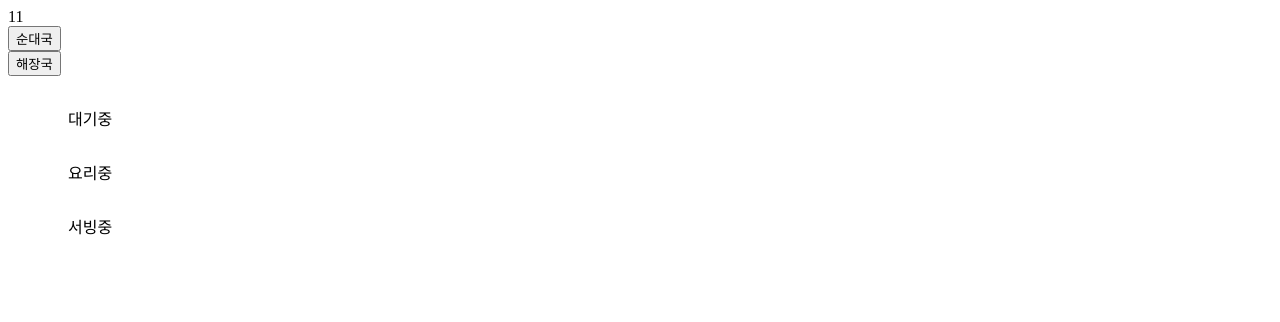
Repository: IT-magician/Restaurant-Simulation
Page: index.html
An editor plug-in stored every save of this project. The page is shown before and after the next save, followed by the edit.
The browser window is 1280 px wide. The pictures show the whole page.

Above is the page before, as saved 2023-11-14 23:01:06.
Console error: TypeError: this.update is not a function

### index.html
<!DOCTYPE html>
<html lang="ko-kr">
  <head>
    <meta charset="UTF-8" />
    <meta name="viewport" content="width=device-width, initial-scale=1.0" />
    <title>Document</title>
  </head>
  <body>
    <div class="kiosk">
      <div class="banner">
        <div class="ad-display"></div>
        <div class="progress-display"></div>
      </div>
      <div class="order">
        <div class="food">
          <div class="aa">11</div>
          <input type="button" value="순대국" />
        </div>
        <div class="food"><input type="button" value="해장국" /></div>
      </div>
    </div>
    <div class="order-display" style="margin: 30px">
      <div class="item" style="margin: 30px">
        <div class="title">대기중</div>
        <div id="waiting"></div>
      </div>
      <div class="item" style="margin: 30px">
        <div class="title">요리중</div>
        <div id="cooking"></div>
      </div>
      <div class="item" style="margin: 30px">
        <div class="title">서빙중</div>
        <div id="serving"></div>
      </div>
    </div>

    <!-- <script type="module" src="./js/food.js"></script>
    <script type="module" src="./js/machinesOfManaingeStore.js"></script>
    <script type="module" src="./js/staff.js"></script> -->
    <script src="./js/main.js" type="module"></script>
  </body>
</html>

### js/main.js
import {
  GeneralModelOfOrderManager,
  Kiosk,
} from "./MachinesOfManaingeStore.js";
import { Cooker, Waiter } from "./staff.js";
import { sundaeSoop } from "./food.js";

function displayDrawerFunc(orderInfoList, name = null) {
  console.log("------------------");
  console.log("displayDrawerFunc 함수 : ", name, orderInfoList);
  console.log("------------------");
  let orderWaitingTrHTML = "";
  let orderCookingTrHTML = "";
  let orderServingTrHTML = "";

  // orderInfoList.forEach((orderInfo) => {
  //   const tr = `<div class="order-display-item" style="display: flex;justify-content: space-evenly;">
  //                   <div>${orderInfo.food.getFoodName()}</div>
  //                   <div>${orderInfo.orderNumber}</div>
  //                   <div>${orderInfo.statusName}</div>
  //               </div>`;

  //   switch (orderInfo.statusName) {
  //     case "대기중":
  //       console.log("대기중인 주문 : ", orderInfo);
  //       orderWaitingTrHTML += tr;
  //       cnt++;
  //       break;
  //     case "요리중":
  //       orderCookingTrHTML += tr;
  //       break;
  //     case "서빙중":
  //       orderServingTrHTML += tr;
  //       break;
  //   }
  //   cnt++;
  // });

  const len = orderInfoList.length;
  for (let i = 0; i < len; i++) {
    const orderInfo = orderInfoList[i];

    const tr = `<div class="order-display-item" style="display: flex;justify-content: space-evenly;">
                    <div>${orderInfo.food.getFoodName()}</div>
                    <div>${orderInfo.orderNumber}</div>
                    <div>${orderInfo.statusName}</div>
                </div>`;

    switch (orderInfo.statusName) {
      case "대기중":
        console.log("대기중인 주문 : ", orderInfo);
        orderWaitingTrHTML += tr;
        break;
      case "요리중":
        orderCookingTrHTML += tr;
        break;
      case "서빙중":
        orderServingTrHTML += tr;
        break;
    }
  }

  document.querySelector(".order-display > .item #waiting").innerHTML =
    orderWaitingTrHTML;
  document.querySelector(".order-display > .item #cooking").innerHTML =
    orderCookingTrHTML;
  document.querySelector(".order-display > .item #serving").innerHTML =
    orderServingTrHTML;

  // console.log(
  //   "\n__________________________\norderWaitingTrHTML",
  //   orderWaitingTrHTML,
  //   "\n__________________________\norderCookingTrHTML",
  //   orderCookingTrHTML,
  //   "\n__________________________\norderServingTrHTML",
  //   orderServingTrHTML
  // );
  // console.log(" ");
  // console.log(" ");
}

const cookers = [new Cooker(), new Cooker()];
const waiters = [new Waiter(1000), new Waiter(2000)];
const orderManager = new GeneralModelOfOrderManager(
  cookers,
  waiters,
  displayDrawerFunc
);
const kiosk = new Kiosk(orderManager);

const kioskElement = document.querySelector(".kiosk");
const orderListBtns = kioskElement.querySelector(".order");

// orderListBtns.addEventListener("click", (e) => {
//   const element = e.target.parentNode.querySelector("input[type=button]");
//   const orderFoodName = element.value;

//   switch (orderFoodName) {
//     case "순대국":
//       kiosk.orderSundaeSoop();
//       break;
//     case "해장국":
//       kiosk.orderSoopForHangingOver();
//       break;
//   }
// });

window.addEventListener("load", async () => {
  kiosk.orderSundaeSoop();
  kiosk.orderSundaeSoop();
  kiosk.orderSundaeSoop();
  // orderManager.append(food2);
});

// kiosk.orderSundaeSoop();
// kiosk.orderSundaeSoop();
// kiosk.orderSundaeSoop();
// kiosk.orderSundaeSoop();
// kiosk.orderSundaeSoop();

### js/MachinesOfManaingeStore.js
import { Food, sundaeSoop, SoopForHangingOver } from "./food.js";

/**
 * OrderManger는 1:1, 1:N 모두가 될 수 있음. 1:1은 자기자신, 1:N인 경우는 메인-워커쓰레드처럼 자기 자신이 로드밸런서 역할을 하는 것으로 설계했음.
 */
class OrderManager {
  #orderList = [];
  #waitingCookers = [];
  #displayDrawerFunc;
  #waitingWaiters = [];

  testCount = 0;

  #uuid = 1;

  constructor(waitingCookers, waitingWaiters, displayDrawerFunc) {
    if (waitingCookers.length == 0 || waitingWaiters.length == 0)
      throw new Error("각각의 요리사나 웨이터는 한명 이상이어야합니다.");

    this.#waitingCookers = waitingCookers;
    this.#waitingWaiters = waitingWaiters;
    this.#displayDrawerFunc = displayDrawerFunc;
  }

  /**
   *
   * @param {int} orderUniqueNumber
   */
  /*virtual */ pop(orderUniqueNumber) {
    let removedItemIdx = this.#orderList.findIndex(
      (item) => item.orderNumber === orderUniqueNumber
    );

    if (removedItemIdx === -1) return null;

    let removedItem = this.#orderList[removedItemIdx];

    this.#orderList = this.#orderList.filter(
      (item) => item.orderNumber !== orderUniqueNumber
    );

    return removedItem;
  }

  /**
   *
   * @param {Food} food
   * @returns 주문번호
   */
  // /*virtual */ append(food) {
  //   let uuid = this.#generateUUID();

  //   let orderInfo = {
  //     food,
  //     orderNumber: uuid,
  //     statusName: null,
  //   };
  //   this.update(uuid, orderInfo, "대기중");
  //   // console.log(this.testCount);
  //   // this.testCount = 0;
  //   return;
  //   const waitingCooker = async function (staff) {
  //     let result = null;
  //     const maxWatchTime = 1000 * 3600; // 1hour
  //     let watchTime = 0;
  //     let interval = 100;

  //     await new Promise((resolve, reject) => {
  //       const checker = window.setInterval(() => {
  //         watchTime += interval;
  //         if (interval >= maxWatchTime) clearInterval(checker);

  //         if (staff.length > 0) {
  //           clearInterval(checker);
  //           resolve(staff.shift());
  //         }
  //       }, interval);
  //     }).then((_staff) => {
  //       result = _staff;
  //     });

  //     return result;
  //   };

  //   new Promise(async (resolve, reject) => {
  //     let cooker = await waitingCooker(this.#waitingCookers);

  //     cooker.setProgressWaitingTime(
  //       cooker.getProgressLevel("요리중"),
  //       food.getRequiredCookTime()
  //     );

  //     if (cooker.getCurrentProgressLevel() > 0) cooker.resetProgress();

  //     // /// 데이터 변경 + Dom트리에 요리중으로 수정
  //     // await this.update(uuid, "요리중");

  //     // // 요리사 queue에서 꺼내와서 일시켜 + 동기화 진행
  //     // for (
  //     //   let progressLevel = 1;
  //     //   progressLevel <= cooker.getMaxProgressLevel();
  //     //   progressLevel++
  //     // ) {
  //     //   await cooker.doCurrentProgress();
  //     // }

  //     // /// 데이터 변경 + Dom트리에 요리중으로 수정
  //     // this.update(uuid, "대기중");

  //     // // 일끝났으면 다시 queue에 집어넣어
  //     // this.#waitingCookers.push(cooker);

  //     // resolve();
  //   }).then(async () => {
  //     let waiter = await waitingCooker(this.#waitingWaiters);

  //     if (waiter.getCurrentProgressLevel() > 0) waiter.resetProgress();

  //     /// 데이터 변경 + Dom트리에 요리중으로 수정
  //     this.update(uuid, "서빙중");

  //     for (
  //       let progressLevel = 1;
  //       progressLevel <= waiter.getMaxProgressLevel();
  //       progressLevel++
  //     ) {
  //       await waiter.doCurrentProgress();
  //     }

  //     // 일끝났으면 다시 queue에 집어넣어
  //     this.#waitingWaiters.push(waiter);

  //     this.pop(uuid);
  //     this.update(uuid, "서빙완료");
  //   });

  //   return uuid;
  // }

  #search(orderNumber) {
    let idx = 0;
    for (let orderInfo of this.#orderList) {
      if (orderInfo.orderNumber === orderNumber) {
        return idx;
      }
      idx++;
    }

    return -1;
  }

  #update(orderNumber, statusName) {
    console.log(
      `update 함수 = 수정후 (인자값 : ${orderNumber}, ${statusName}) : `,
      this.#orderList,
      this.#orderList.length + "개 ",
      orderNumber,
      statusName
    );

    if (statusName === "요리중") alert(statusName);

    let idx = this.#search(orderNumber);
    if (idx > -1) {
      this.#orderList[idx].statusName = statusName;
      console.log(`수정한 아이템 결과 : `, this.#orderList[idx]);
    }

    console.log(
      `update 함수 = 수정후 (인자값 : ${orderNumber}, ${statusName}) : `,
      this.#orderList,
      this.#orderList.length + "개 ",
      orderNumber,
      statusName
    );

    this.#displayDrawerFunc(this.#orderList, statusName);
  }

  append(food) {
    // let uuid = this.#generateUUID();
    let uuid = this.#generateUUID();

    this.#orderList.push({
      food,
      orderNumber: uuid,
      statusName: null,
    });
    // this.#update(uuid, "대기중");

    const waitingCookerArrival = async function (staff) {
      let result = null;
      const maxWatchTime = 1000 * 3600; // 1hour
      let watchTime = 0;
      let interval = 100;

      await new Promise((resolve, reject) => {
        const checker = window.setInterval(() => {
          watchTime += interval;
          if (interval >= maxWatchTime) clearInterval(checker);

          if (staff.length > 0) {
            clearInterval(checker);
            resolve(staff.shift());
          }
        }, interval);
      }).then((_staff) => {
        result = _staff;
      });

      return result;
    };

    new Promise(async (resolve, reject) => {
      let cooker = await waitingCookerArrival(this.#waitingCookers);

      cooker.setProgressWaitingTime(
        cooker.getProgressLevel("요리중"),
        food.getRequiredCookTime()
      );

      if (cooker.getCurrentProgressLevel() > 0) {
        cooker.resetProgress();
      }

      /// 데이터 변경 + Dom트리에 요리중으로 수정
      this.update(1, "요리중");

      // // 요리사 queue에서 꺼내와서 일시켜 + 동기화 진행
      // for (
      //   let progressLevel = 1;
      //   progressLevel <= cooker.getMaxProgressLevel();
      //   progressLevel++
      // ) {
      //   await cooker.doCurrentProgress();
      // }

      // /// 데이터 변경 + Dom트리에 요리중으로 수정
      // this.update(uuid, "대기중");

      // // 일끝났으면 다시 queue에 집어넣어
      // this.#waitingCookers.push(cooker);

      // resolve();
    });
  }

  /**
   *
   * @param {int} orderUniqueNumber
   * @param {string} statusName
   */
  setProgressStatus(orderUniqueNumber, statusName) {
    this.#orderList.find(
      (item) => item.orderNumber === orderUniqueNumber
    ).statusName = statusName;
  }
  /*virtual*/
  #generateUUID() {
    return this.#uuid++;
  }
}

class GeneralModelOfOrderManager extends OrderManager {}
class MainThreadOfOrderManagerModel extends OrderManager {} // cooming soon!
class WorkerThreadOfOrderManagerModel extends OrderManager {} // cooming soon!

class Kiosk {
  #orderManager;

  /**
   *
   * @param {OrderManager} orderManager
   */
  constructor(orderManager) {
    this.#orderManager = orderManager;
  }

  orderSundaeSoop() {
    const food = new sundaeSoop();
    return this.#order(food);
  }

  orderSoopForHangingOver() {
    return this.#order(new SoopForHangingOver());
  }

  /**
   *
   * @param {Food} food
   * @returns
   */
  #order(food) {
    this.#orderManager.append(food);
  }

  /**
   *
   * @param {int} orderUniqueNumber
   * @returns
   */
  cancel(orderUniqueNumber) {
    return this.#orderManager.pop(orderUniqueNumber);
  }
}

export { GeneralModelOfOrderManager, Kiosk };

### js/staff.js
class Staff {
  #progress_status_idx = 0;
  #progress_status_names = ["대기"];
  #progress_status_waiting_times = [0];
  #current_progress_left_time = 0;
  #check_progress_status_interval = 1000;

  /**
   *
   * @param {object - '작업이름':'걸리는 시간'} progress_status_info
   */
  constructor(progress_status_info) {
    if (
      progress_status_info instanceof Object === false ||
      progress_status_info.length < 1
    )
      throw new Error(
        "Invalid Argument - the progress status names's type must be object (key-value array) type and the length is more than zero."
      );

    const progressCount = progress_status_info.length;

    this.#progress_status_names = Array(progressCount);
    this.#progress_status_waiting_times = Array(progressCount);

    let i = 0;
    for (const [progress_name, progress_waiting_time] of Object.entries(
      progress_status_info
    )) {
      this.#progress_status_names[i] = progress_name;
      this.#progress_status_waiting_times[i] = progress_waiting_time;
      i++;
    }
  }

  resetProgress() {
    this.#progress_status_idx = 0;
  }

  jumpCurrentProgress() {
    return (this.#progress_status_idx =
      ++this.#progress_status_idx % this.#progress_status_names.length);
  }

  /**
   *
   * @returns {Promise|int} promise 객체나, (완료시) 작업했던 단계를 반환한다.
   */
  async doCurrentProgress() {
    return await new Promise((resolve, reject) => {
      setTimeout(() => {
        // if (progressLevel === 1) reject("대기상태에서는 아무 작업도 하지 않습니다.")
        this.jumpCurrentProgress();
        resolve(this.getCurrentProgressLevel());
      }, this.#progress_status_waiting_times[this.#progress_status_idx]);
    });

    const progressStatusInterval = getCheckProgressStatusInterval();
    const countDown = function () {
      const leftWaitingTime = Math.max(
        0,
        getCurrentProgressWaitingTime() - progressStatusInterval
      );
      setCurrentProgressWaitingTime(leftWaitingTime);

      return leftWaitingTime;
    };

    return new Promise((resolve, reject) => {
      setTimeout(() => {
        // if (progressLevel === 1) reject("대기상태에서는 아무 작업도 하지 않습니다.")

        const leftWaitingTime = countDown();

        resolve([leftWaitingTime, progressLevel]);
      }, progressStatusInterval);
    });
  }

  getMaxProgressLevel() {
    return this.#progress_status_names.length;
  }

  /**
   *
   * @param {int} progress_level : 찾고자하는 이름의 작업단계를 전달한다.
   * @returns {string} : 전달받은 작업단계의 작업이름을 반환한다.
   */
  getProgressName(progress_level) {
    return this.#progress_status_names[progress_level];
  }

  getProgressLevel(progress_name) {
    return (
      this.#progress_status_names.findIndex((item) => item === progress_name) +
      1
    );
  }
  /**
   *
   * @returns {string}
   */
  getCurrentProgressName() {
    return this.#progress_status_names[this.#progress_status_idx];
  }

  /**
   *
   * @returns {int}
   */
  getCurrentProgressLevel() {
    return this.#progress_status_idx + 1;
  }

  setProgressWaitingTime(progress_level, waiting_time) {
    if (
      progress_level < 1 ||
      progress_level > this.#progress_status_names.length
    )
      throw new Error("OutBoundError : Out Of Progress Level Range.");

    //
    // if (waiting_time < 0)
    //     throw new Error("the waiting time must be from 0 to infinite.");

    this.#progress_status_waiting_times[progress_level - 1] = waiting_time;
  }

  getCheckProgressStatusInterval() {
    return this.#check_progress_status_interval;
  }

  setCheckProgressStatusInterval(milliseconds) {
    this.#check_progress_status_interval = milliseconds;
  }

  //   getCurrentProgressWaitingTime() {
  //     return this.#current_progress_left_time;
  //   }

  #setCurrentProgressWaitingTime(left_time) {
    this.#current_progress_left_time = left_time;
  }
}

class Cooker extends Staff {
  constructor() {
    super({
      대기중: 0 * 1000,
      요리중: -1,
    });
  }
}

class Waiter extends Staff {
  constructor(serving_work_time) {
    super({
      대기중: 0 * 1000,
      서빙: serving_work_time,
    });
  }
}

export { Cooker, Waiter };

### js/food.js
class Food {
  #name;
  #cookTime;
  #origin = "대전광역시";

  constructor(name, cookTime) {
    this.#name = name;
    this.#cookTime = cookTime;
  }

  getFoodName() {
    return this.#name;
  }

  getRequiredCookTime() {
    return this.#cookTime;
  }
}

class sundaeSoop extends Food {
  constructor() {
    super("순대국", 5 * 1000);
  }
}

class SoopForHangingOver extends Food {
  constructor() {
    super("해장국", 2 * 1000);
  }
}

export { Food, sundaeSoop, SoopForHangingOver };

After the next save:
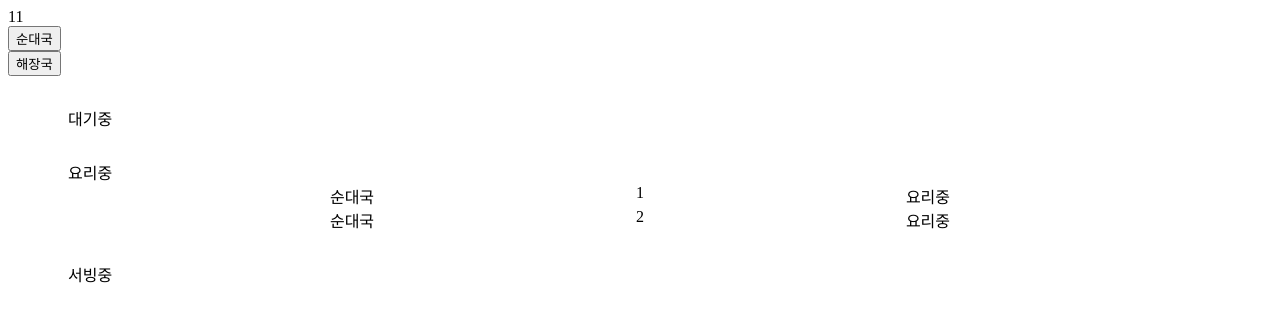
The error is gone.
Saved 13 s later.
--- a/js/MachinesOfManaingeStore.js
+++ b/js/MachinesOfManaingeStore.js
@@ -224,7 +224,7 @@ class OrderManager {
       }
 
       /// 데이터 변경 + Dom트리에 요리중으로 수정
-      this.update(1, "요리중");
+      this.#update(uuid, "요리중");
 
       // // 요리사 queue에서 꺼내와서 일시켜 + 동기화 진행
       // for (
